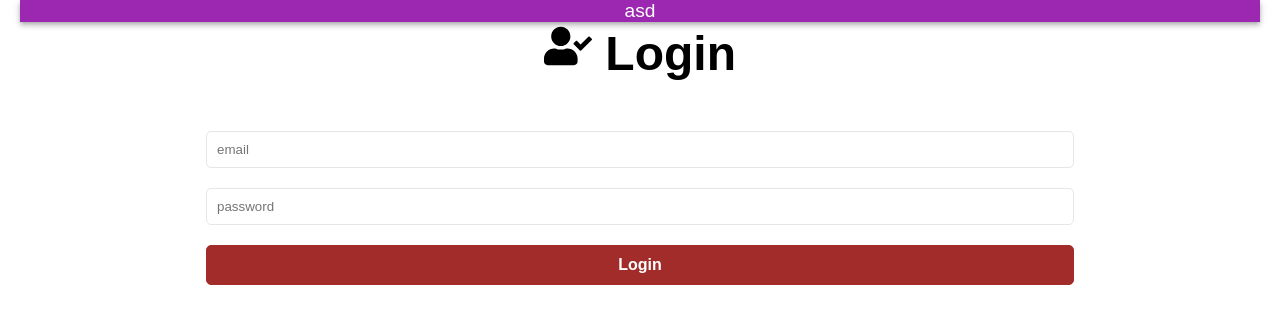
Repository: halilhaninan/MERNSTACK-Note-App
Page: / (app in frontend/)
The author's editor kept a copy of each file at every save. The page is drawn from the files as they stood at one save, then again after a run of saves.
The browser window is 1280 px wide. The pictures show the whole page.
The project was rebuilt for these pictures with package versions that can differ from the ones it lists, and the page was loaded fresh each time. Also part of the build but not shown: frontend/src/Components/Spinner.jsx, frontend/src/Components/Not.jsx, frontend/src/pages/Register.jsx, frontend/src/features/counter/counterSlice.js, frontend/src/features/counter/counter.js, frontend/src/App.css.

Above is the page before, as saved 2022-09-03 10:58:19.

After the next 4 saves:
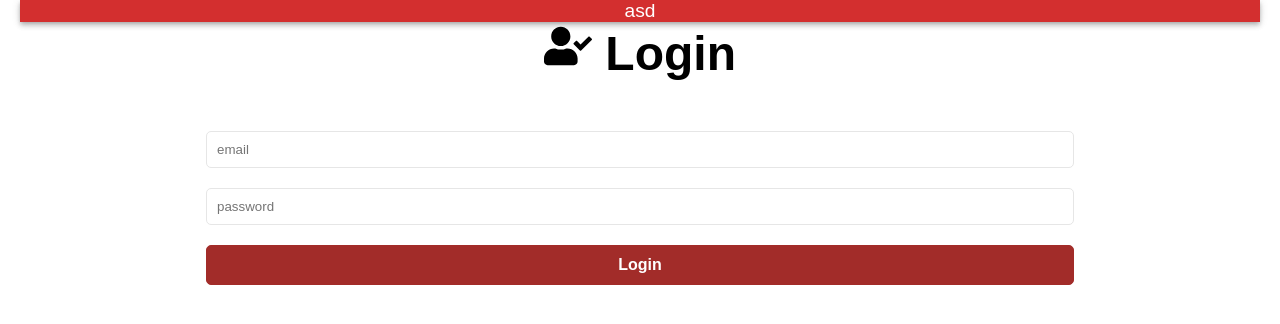
The 4 saves are shown as one change because 2 did not build or start and some came seconds apart.
The last was saved 23 s later.
--- a/frontend/src/Components/Header.jsx
+++ b/frontend/src/Components/Header.jsx
@@ -20,7 +20,7 @@ function Header() {
   };
 
   return (
-    <AppBar position="static" color="secondary">
+    <AppBar position="static" color="error">
       asd
     </AppBar>
   );
